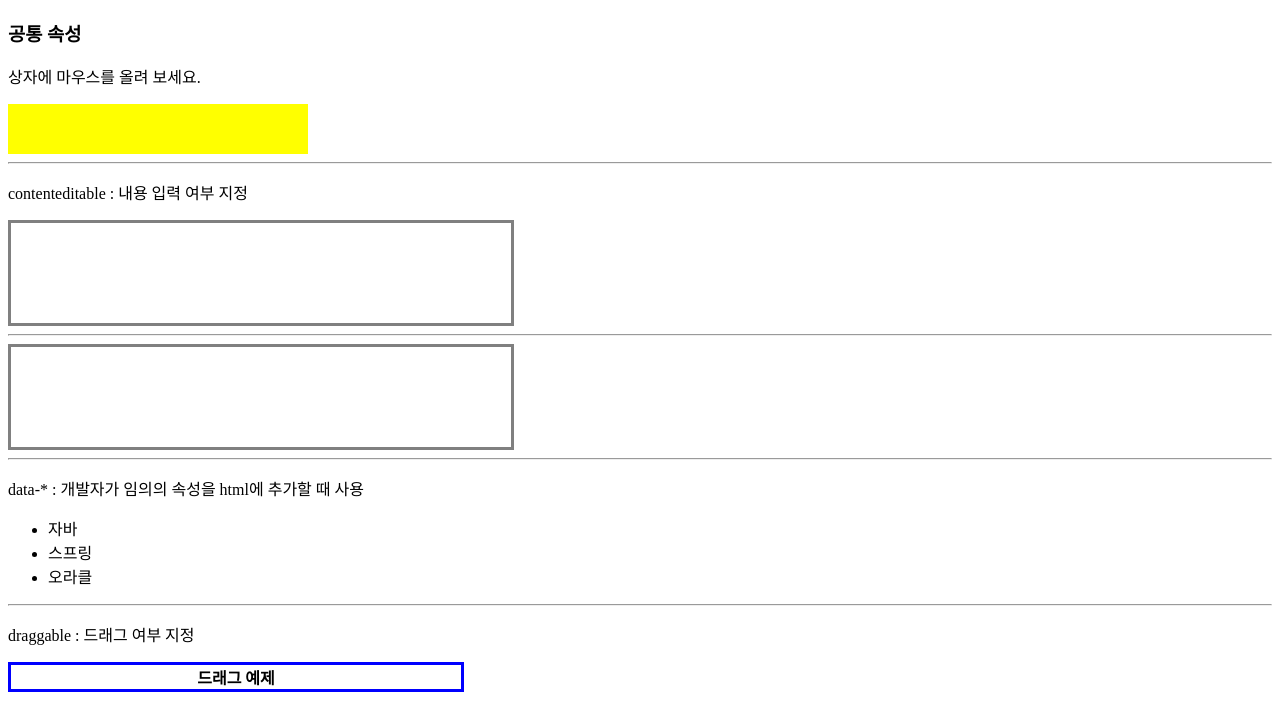
Repository: JiYoon0712/HTML_CSS_javascript
Page: work/study/src/main/webapp/htmlEx/ch02/ex06.html
An editor plug-in stored every save of this project. The page is shown before and after the next save, followed by the edit.
The browser window is 1280 px wide. The pictures show the whole page.

Above is the page before, as saved 2023-04-03 03:26:51.

After the next save:
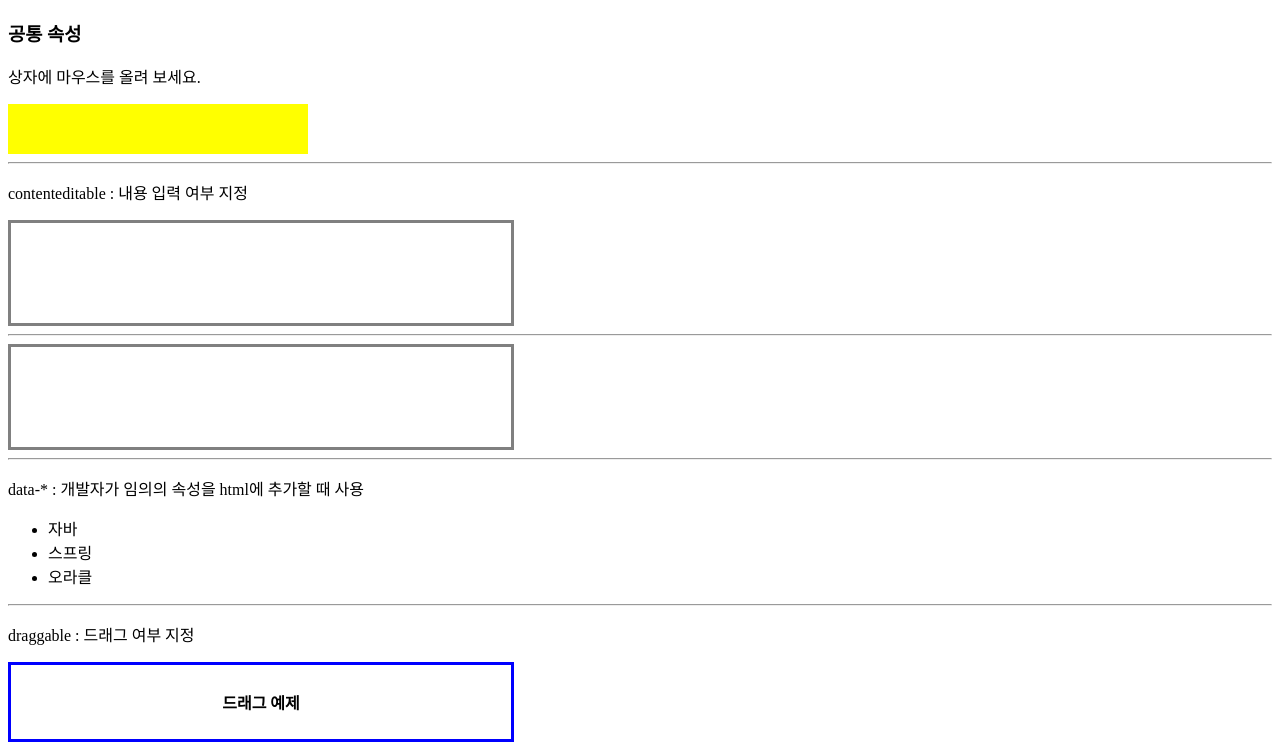
Saved 7 s later.
--- a/work/study/src/main/webapp/htmlEx/ch02/ex06.html
+++ b/work/study/src/main/webapp/htmlEx/ch02/ex06.html
@@ -15,7 +15,7 @@
 .box2{
 	border: 3px solid blue;
 	width: 450px;
-
+	padding: 25px;
 	text-align: center;
 	font-weight: 700;
 }
